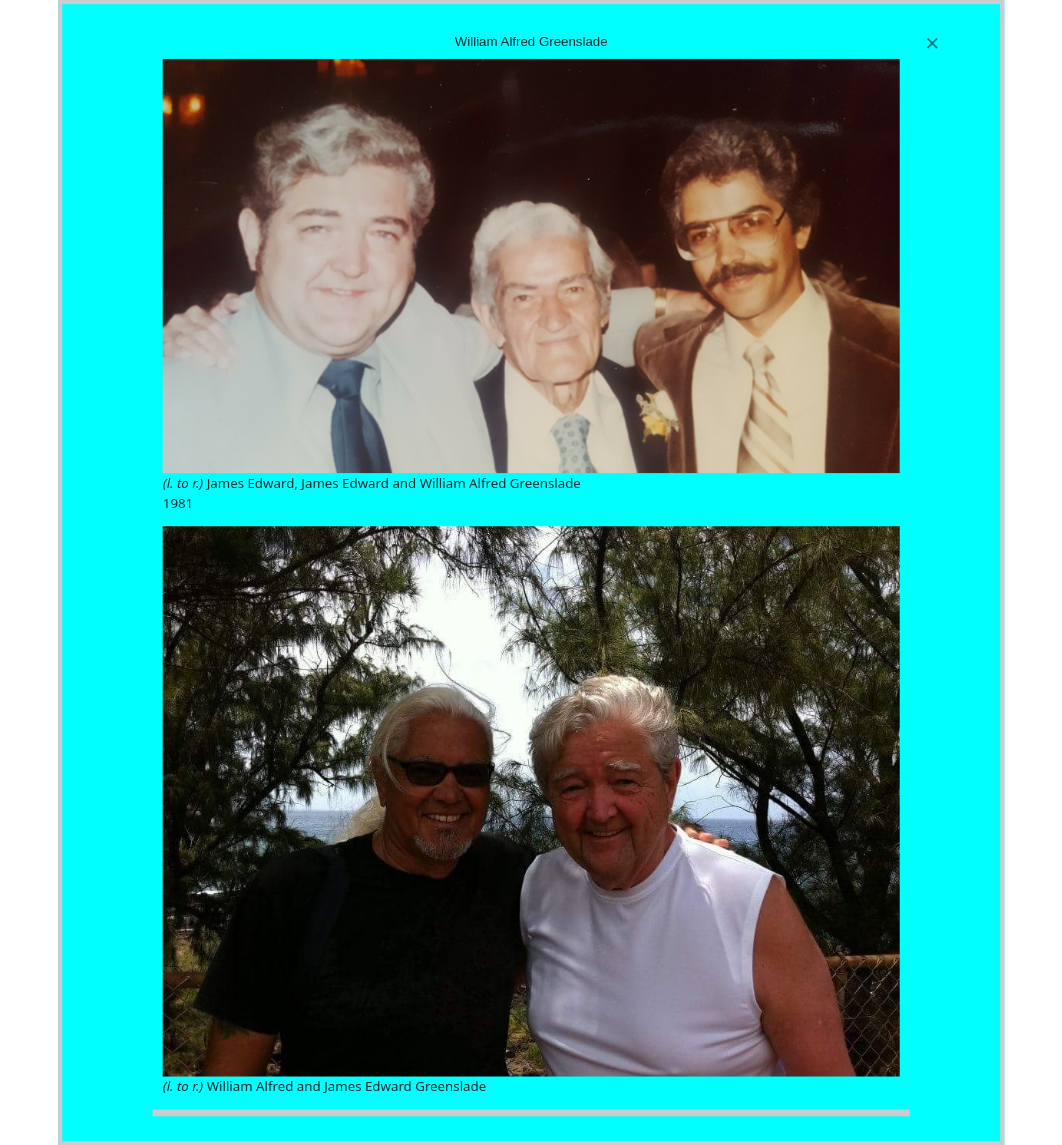
Repository: George2916/GreensladeFamilyTree
Page: photoWilliamAlfredGreenslade.html
The author's editor kept a record of every edit. The page is drawn from the files as they stood at one moment, then again after the next edit.
The browser window is 1280 px wide. The pictures show the whole page, at 83% of full size.

Above is the page before.

After the next edit:
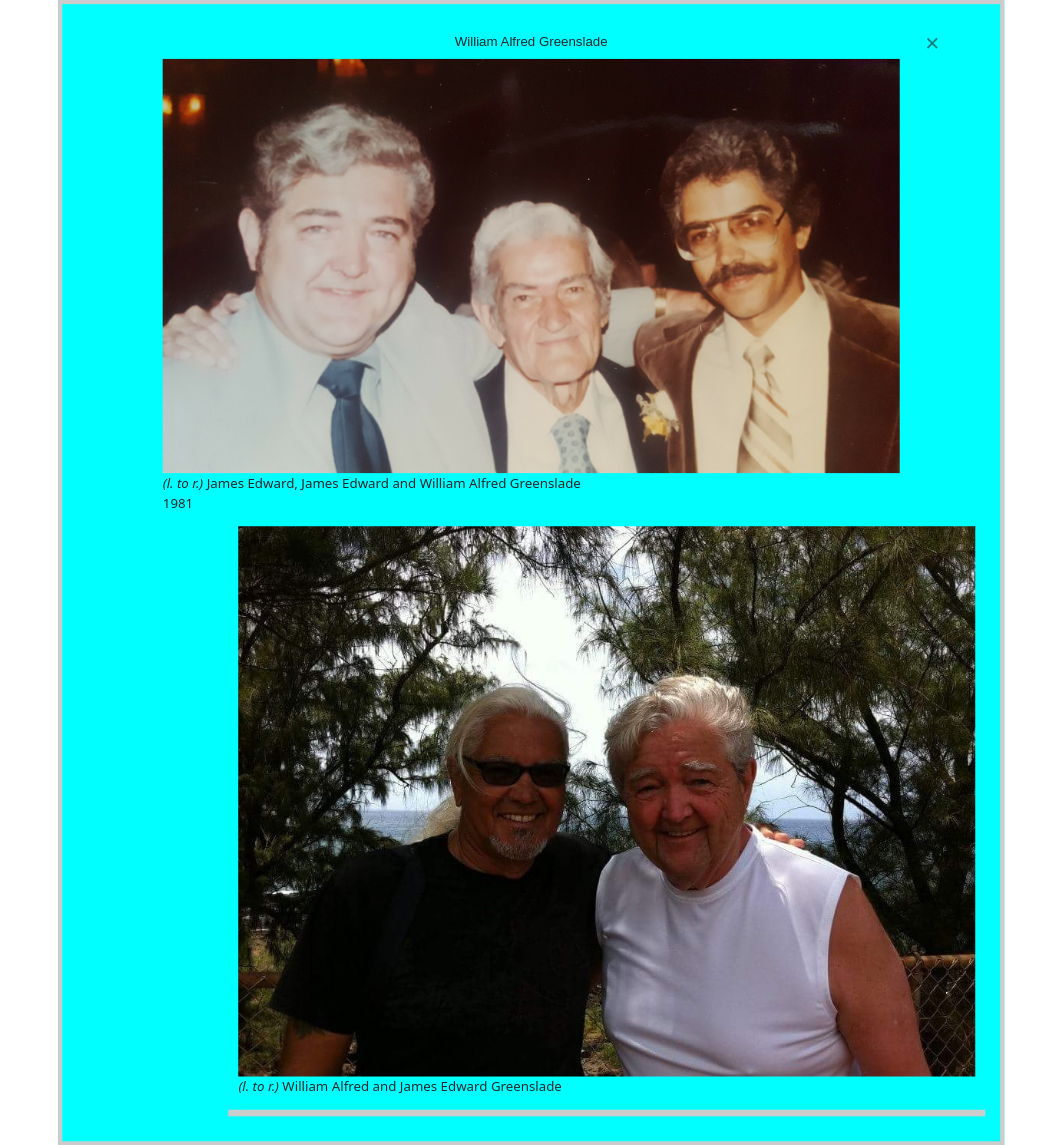
The edit:
--- a/photoWilliamAlfredGreenslade.html
+++ b/photoWilliamAlfredGreenslade.html
@@ -52,7 +52,7 @@
 
     <div class="row"> <!--second row-->
 
-        <div class="col-12 col-md-1">
+        <div class="col-12 col-md-2">
         </div>
 
         <div class="col-12 col-md-10 borderBottom">
